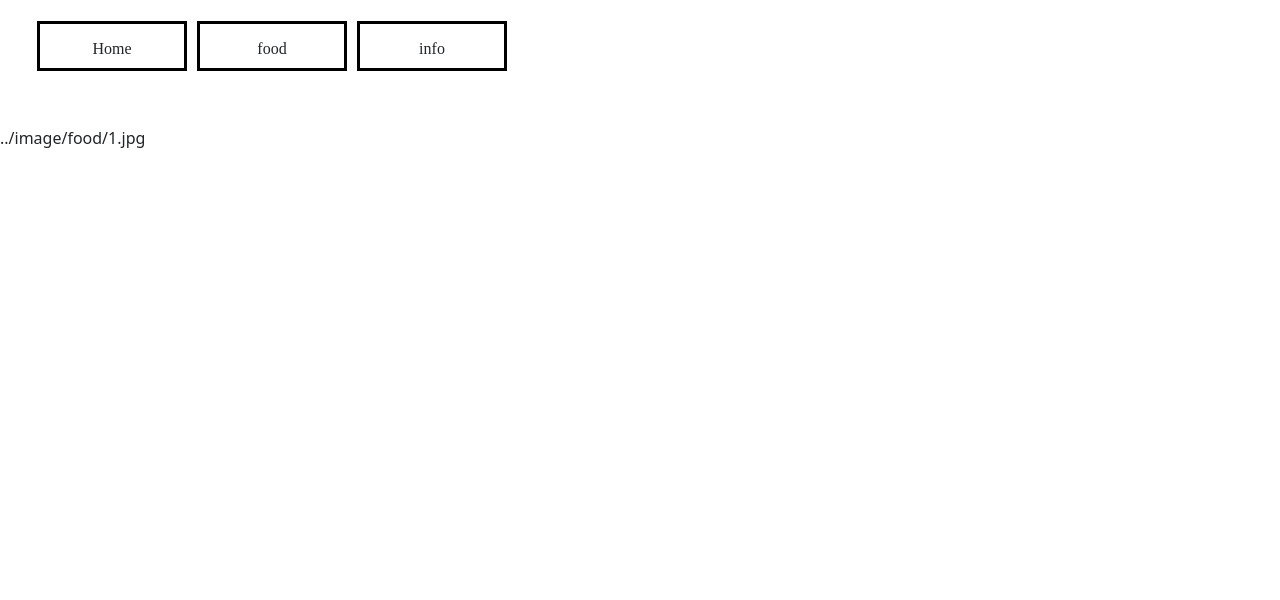
Repository: jini8293/Sist_04
Page: jspwork/jspProject/src/main/webapp/day0305_quiz/readQuiz.html
The author's editor kept a copy of each file at every save. The page is drawn from the files as they stood at one save, then again after the next save.
The browser window is 1280 px wide. The pictures show the whole page.
After loading, the first visible `li` was clicked once.
Some web fonts or font styles are not loaded; a fallback is used.

Above is the page before, as saved 2024-03-05 06:11:49.

### jspwork/jspProject/src/main/webapp/day0305_quiz/readQuiz.html
<!DOCTYPE html>
<html>
<head>
<meta charset="UTF-8">
<link
	href="https://fonts.googleapis.com/css2?family=Black+Han+Sans&family=Gowun+Dodum&family=IBM+Plex+Sans+KR&display=swap"
	rel="stylesheet">
<link
	href="https://cdn.jsdelivr.net/npm/bootstrap@5.3.2/dist/css/bootstrap.min.css"
	rel="stylesheet">
<script src="https://code.jquery.com/jquery-3.7.0.js"></script>
<title>Insert title here</title>
<style type="text/css">
	ul li{
		list-style: none;
		width: 150px;
		height: 50px;
		text-align: center;
		line-height: 50px;
		border: 3px solid black;
		margin: 5px;
		float: left;
		cursor: pointer;
		font-family: Black Han Sans;
	}
</style>
<script type="text/javascript">

$(function() {


	$("li:eq(0)").click(function() {
		$("#show").html("../image/food/1.jpg");
	});
});
</script>
</head>
<body>
	<ul>
		<li>Home</li>
		<li>food</li>
		<li>info</li>
	</ul>

	<div style="clear: both;"></div>

	<div id="show" style="margin-top: 50px;"></div>
</body>
</html>

After the next save:
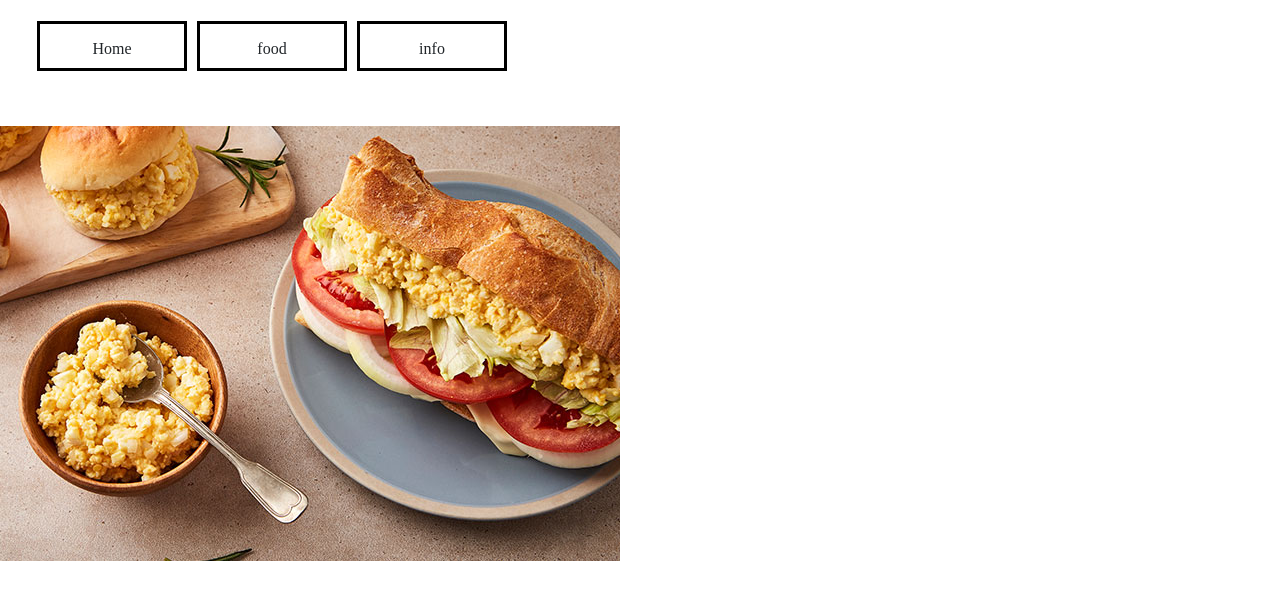
Saved 37 s later.
--- a/jspwork/jspProject/src/main/webapp/day0305_quiz/readQuiz.html
+++ b/jspwork/jspProject/src/main/webapp/day0305_quiz/readQuiz.html
@@ -30,7 +30,7 @@
 
 
 	$("li:eq(0)").click(function() {
-		$("#show").html("../image/food/1.jpg");
+		$("#show").html("<img src='../image/food/1.jpg'>");
 	});
 });
 </script>

After the save that followed:
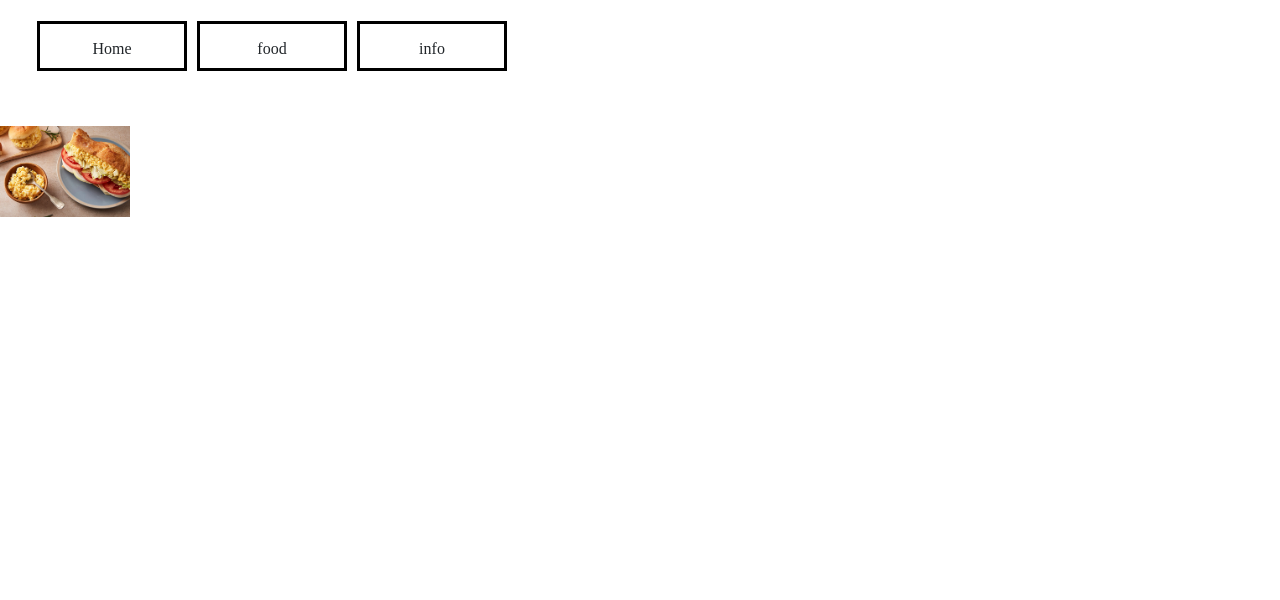
Saved 14 s later.
--- a/jspwork/jspProject/src/main/webapp/day0305_quiz/readQuiz.html
+++ b/jspwork/jspProject/src/main/webapp/day0305_quiz/readQuiz.html
@@ -30,7 +30,7 @@
 
 
 	$("li:eq(0)").click(function() {
-		$("#show").html("<img src='../image/food/1.jpg'>");
+		$("#show").html("<img src='../image/food/1.jpg' width='130'>");
 	});
 });
 </script>
